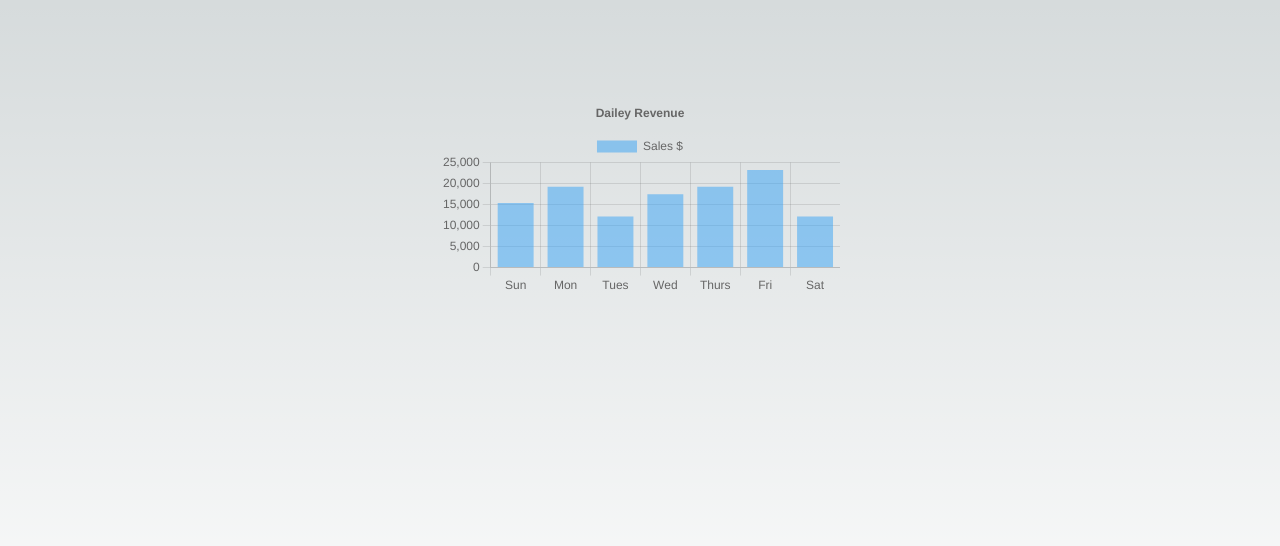
Repository: sierralaurent/MDIA2109-Class12
Page: /
An editor plug-in stored every save of this project. The page is shown before and after the next save, followed by the edit.
The browser window is 1280 px wide. The pictures show the whole page.
The project was rebuilt for these pictures with package versions that can differ from the ones it lists, and the page was loaded fresh each time. The framework's server and built-in components were replaced by stand-ins that run in the browser. Also part of the build but not shown: next.config.js.

Above is the page before, as saved 2023-03-20 14:19:08.

### pages/index.js
import Head from 'next/head'
import Image from 'next/image'
import styles from '@/styles/Home.module.css'
import BarChart from '@/components/BarChart'

export default function Home() {
  return (
    <>
      <Head>
        <title>Create Next App</title>
        <meta name="description" content="Generated by create next app" />
        <meta name="viewport" content="width=device-width, initial-scale=1" />
        <link rel="icon" href="/favicon.ico" />
      </Head>
      <main className={styles.main}>
        <BarChart />
      </main>
    </>
  )
}

### components/BarChart/index.js
import { useState, useEffect } from "react";
import styles from './BarChart.module.css';

import { Bar } from 'react-chartjs-2'
import {
    Chart as ChartJS,
    CategoryScale,
    LinearScale,
    BarElement,
    Title,
    Tooltip,
    Legend
} from 'chart.js'

ChartJS.register(
    CategoryScale,
    LinearScale,
    BarElement,
    Title,
    Tooltip,
    Legend
)

export default function BarChart() {

    const [chartData, setChartData] = useState({
        datasets: []
    })
    const [chartOptions, setChartOptions] = useState({})

    useEffect(() => {
        setChartData({
            labels: ["Sun", "Mon", "Tues", "Wed", "Thurs", "Fri", "Sat"],
            datasets: [
                {
                    label: 'Sales $',
                    data: [15323,19213,12124,17423,19213,23214,12142],
                    borderColor: 'rgb(53,172,89)',
                    backgroundColor: 'rgba(53,162,245,0.5)'
                }
            ]
        })

        setChartOptions({
            plugins: {
                legend: {
                    position: 'top'
                },
                title: {
                    display: true,
                    text: "Dailey Revenue"
                }
            },
            maintainAspectRation: false,
            responsive: true
        })

    }, [])

    return(
        <>
        <div className={styles.container}>
            <Bar data={chartData} options={chartOptions}/>
        </div>
        </>
    )
}

### components/BarChart/BarChart.module.css
.container {
    width: 400px;
    height: 400px;
}

Loaded but not shown: pages/_app.js (common file); pages/_document.js (common file); styles/globals.css (common file); styles/Home.module.css (common file)

After the next save:
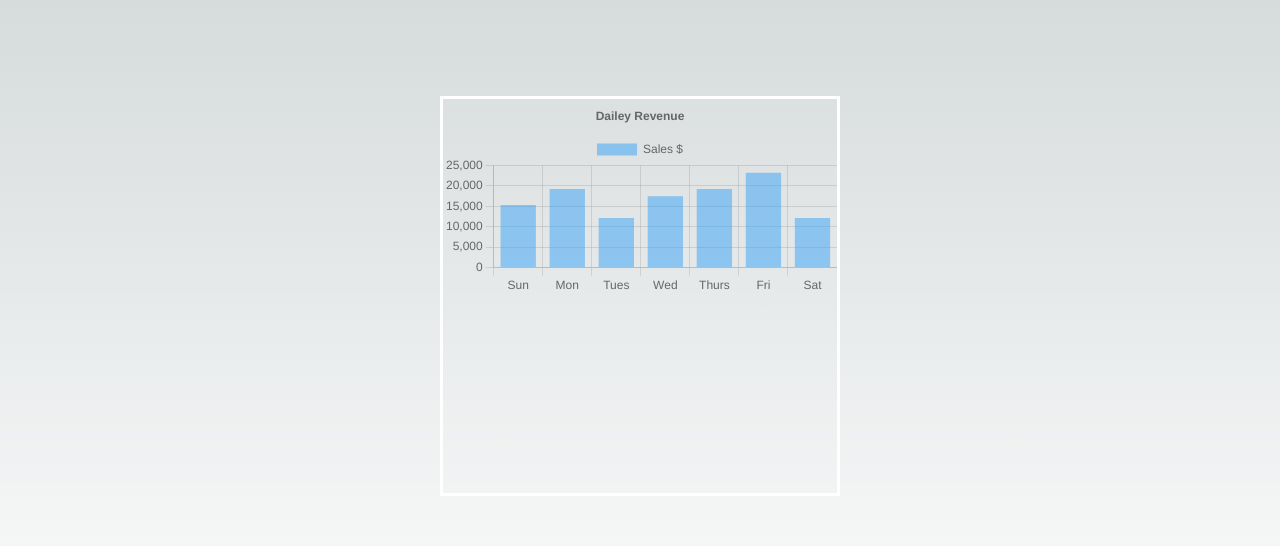
Saved 3 days later.
--- a/components/BarChart/BarChart.module.css
+++ b/components/BarChart/BarChart.module.css
@@ -1,4 +1,5 @@
 .container {
     width: 400px;
     height: 400px;
+    border: 3px solid white;
 }
